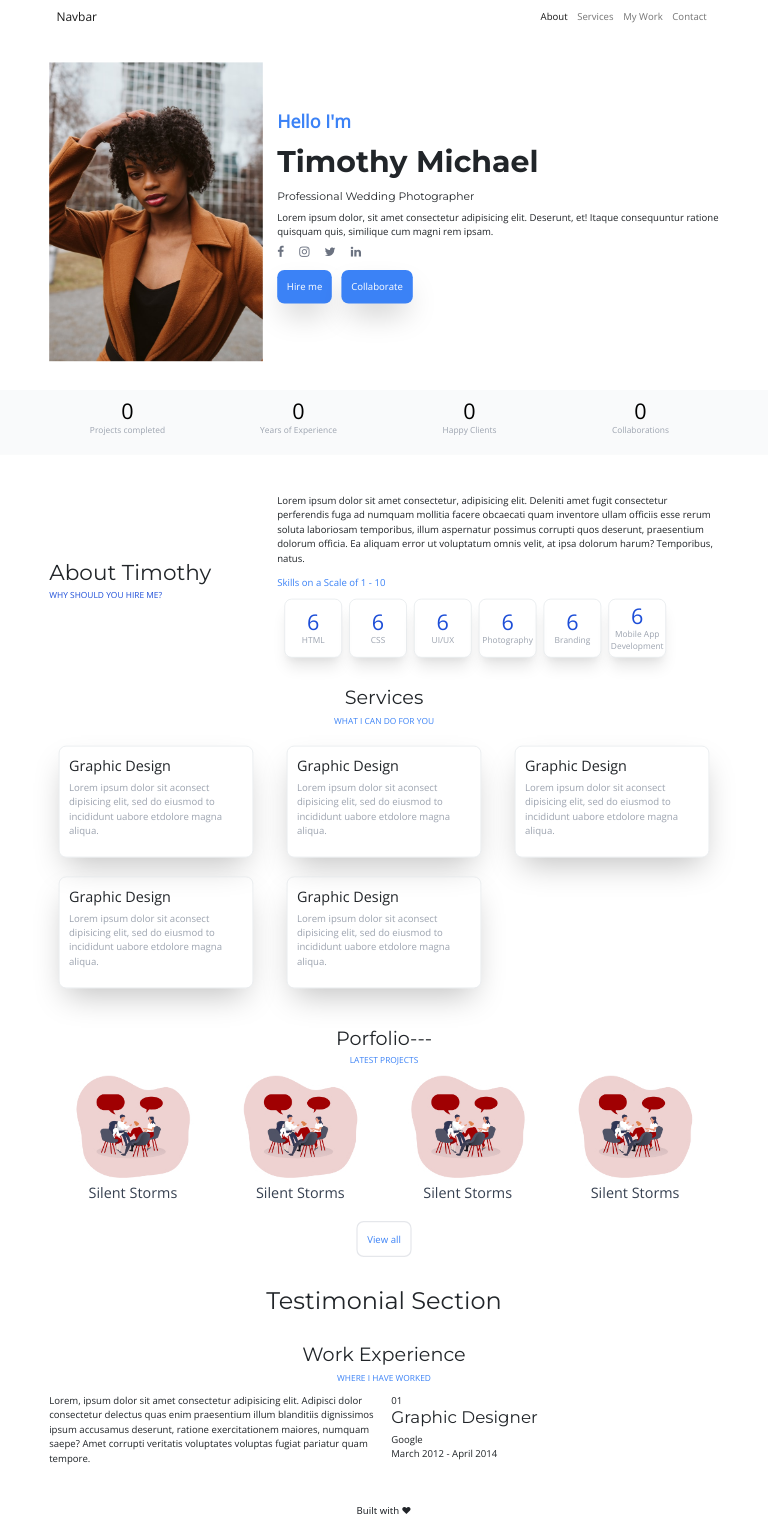
Repository: latenightsnacc/giggles
Page: HTML/freelancer.html
An editor plug-in stored every save of this project. The page is shown before and after the next save, followed by the edit.
The browser window is 1280 px wide. The pictures show the whole page, at 60% of full size.
Some web libraries are served in a nearby version.

Above is the page before, as saved 2021-01-03 18:20:48.

After the next save:
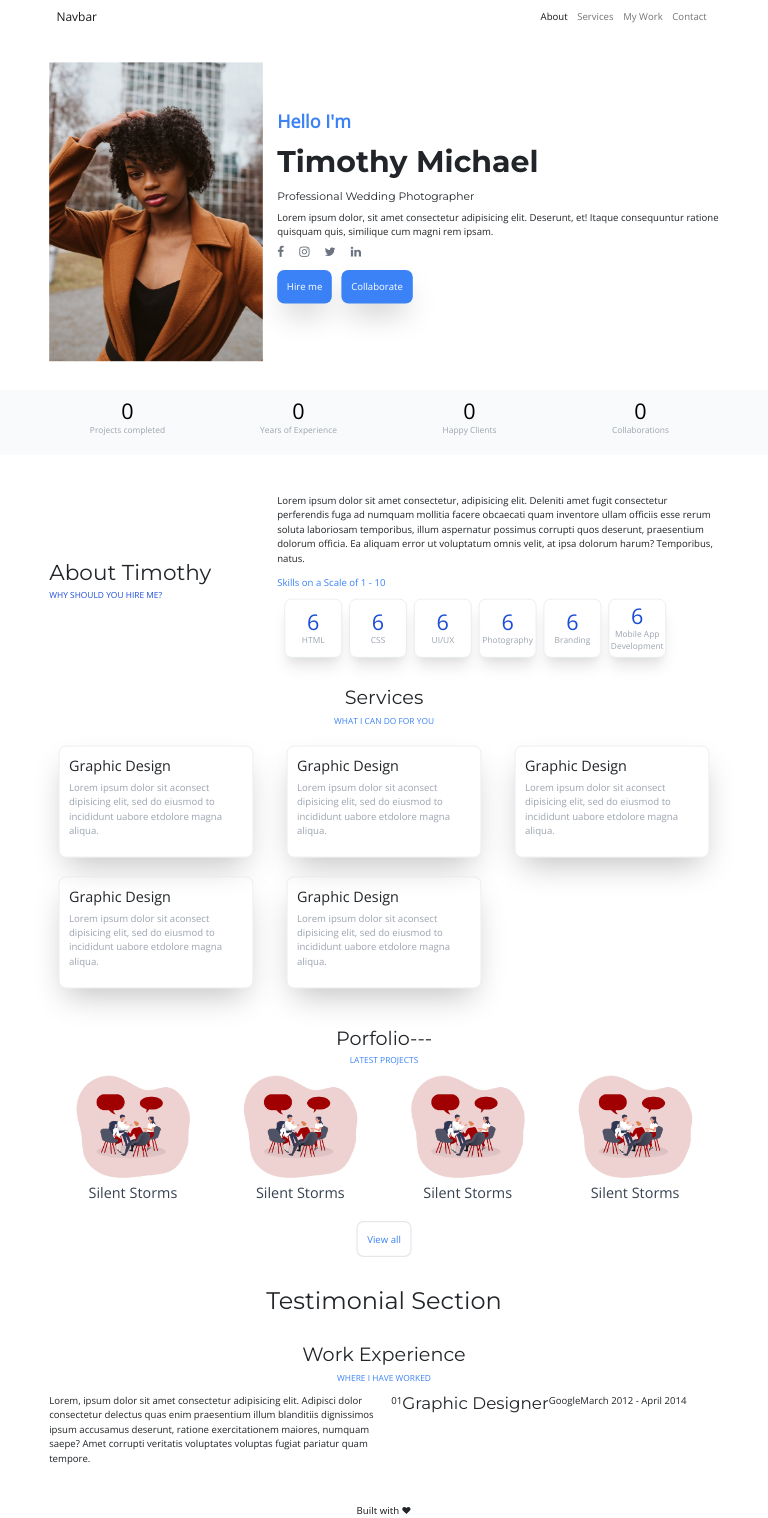
Saved 47 s later.
--- a/HTML/freelancer.html
+++ b/HTML/freelancer.html
@@ -239,10 +239,12 @@
                     <p>Lorem, ipsum dolor sit amet consectetur adipisicing elit. Adipisci dolor consectetur delectus quas enim praesentium illum blanditiis dignissimos ipsum accusamus deserunt, ratione exercitationem maiores, numquam saepe? Amet corrupti veritatis voluptates voluptas fugiat pariatur quam tempore.</p>
                 </div>
                 <div class="col-xs-12 col-sm-12 col-md-6 col-lg-6 col-xl-6 details ">
-                    <span class="no">01</span>
-                    <h3 class="job-title">Graphic Designer</h3>
-                    <span class="company">Google</span>
-                    <p class="experience">March 2012 - April 2014</p>
+                    <div class="flex flex-row">
+                        <span class="no">01</span>
+                        <h3 class="job-title">Graphic Designer</h3>
+                        <span class="company">Google</span>
+                        <p class="experience">March 2012 - April 2014</p>
+                    </div>
                 </div>
             </div>
         </div>
